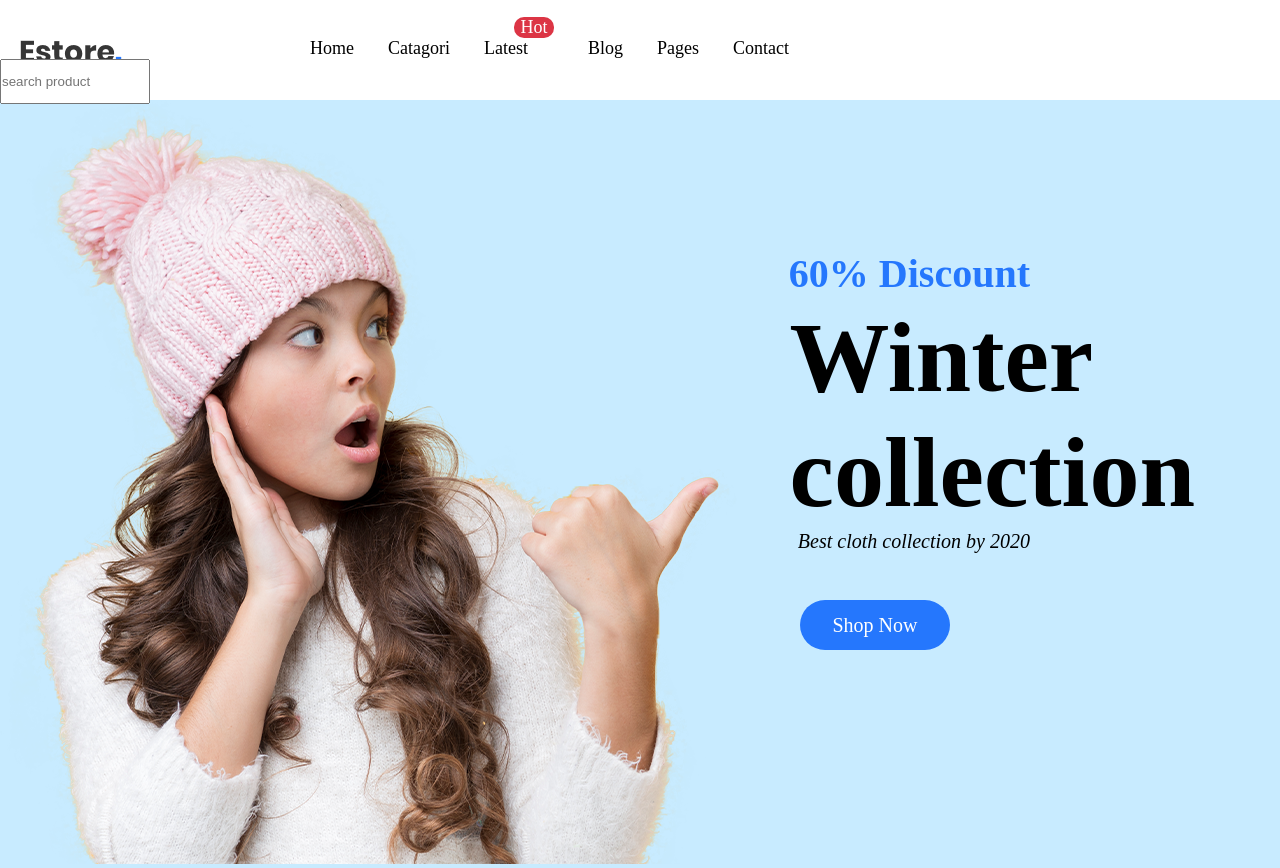
Repository: nhutduy0803/template1
Page: index.html
An editor plug-in stored every save of this project. The page is shown before and after the next save, followed by the edit.
The browser window is 1280 px wide. The pictures show the whole page.

Above is the page before, as saved 2021-12-02 21:50:27.

### index.html
<!DOCTYPE html>
<html lang="en">
  <head>
    <meta charset="UTF-8" />
    <meta http-equiv="X-UA-Compatible" content="IE=edge" />
    <meta name="viewport" content="width=device-width, initial-scale=1.0" />
    <title>TEMPLATE</title>
    <link rel="stylesheet" href="./assets/css/style.css" />
    <link
      rel="stylesheet"
      href="./assets/css/font/fontawesome-free-5.15.4-web/css/all.min.css"
    />
  </head>
  <body>
    <script src="./index.js"></script>
    <div class="header">
      <img class="logo" src="./assets/css/img/logo.webp" alt="" />
      <ul>
        <li>Home</li>
        <li>Catagori</li>
        <li>
          <p>Hot</p>
          Latest
          <ul class="sub-nav">
            <span>Produce list</span>
            <span>Produce Detail</span>
          </ul>
        </li>
        <li>
          Blog
          <ul class="sub-nav2">
            <span>Blog</span>
            <span>Blog Details</span>
          </ul>
        </li>
        <li>
          Pages
          <ul class="sub-nav3">
            <span>Login</span>
            <span>Card</span>
            <span>Element</span>
            <span>About</span>
            <span>Confirtmation</span>
            <span>Shopping Card</span>
            <span>Produce checkout</span>
          </ul>
        </li>
        <li>Contact</li>
      </ul>
      <div class="search">
        <input type="text" placeholder="search product" />
      </div>
    </div>
    <div class="slide">
      <h3>60% Discount</h3>
      <h2>
        Winter<br />
        collection
      </h2>
      <p>Best cloth collection by 2020</p>
      <div class="shop-now">Shop Now</div>
      <img src="./assets/css/img/slider.webp" alt="" />
    </div>
  </body>
</html>

### assets/css/style.css
* {
  margin: 0;
  padding: 0;
  box-sizing: border-box;
}

html {
  scroll-behavior: smooth;
}

.header {
  width: 100%;
  height: 100px;
  background-color: #fff;
}

.slide {
  width: 100%;
  height: 100%;
  background: #c8ebff;
}

.slide h3 {
  position: absolute;
  right: 250px;
  top: 250px;
  font-family: "Yellowtail", "cursive";
  color: #2577fd;
  font-size: 40px;
}

.slide h2 {
  position: absolute;
  right: 85px;
  top: 300px;
  font-size: 100px;
}

.slide p {
  font-family: "Playfair Display", serif;
  font-style: italic;
  font-size: 20px;
  position: absolute;
  right: 250px;
  top: 530px;
}

.shop-now {
  border-radius: 30px;
  display: flex;
  justify-content: center;
  align-items: center;
  position: absolute;
  right: 330px;
  top: 600px;
  color: #fff;
  font-size: 20px;
  width: 150px;
  height: 50px;
  background: #2577fd;
}

.shop-now::before {
  position: absolute;
  left: 0px;
  top: 0px;
  border-radius: 20px;
  opacity: 0.4;
  content: " ";
  width: 0px;
  height: 50px;
  background: #00b1ff;
  transition: 0.5s;
}

.shop-now:hover::before {
  width: 150px;
  transition: 0.5s;
  border-radius: 20px;
}

.logo {
  margin-left: 20px;
  margin-top: 40px;
  display: inline-block;
}

.header ul {
  margin-top: -50px;
  margin-left: 280px;
}

.header li:nth-child(3) {
  position: relative;
}

.header li:nth-child(4) {
  position: relative;
}

.header li:nth-child(5) {
  position: relative;
}

.header li:nth-child(3) p {
  width: 40px;
  background: #dc3545;
  display: flex;
  justify-content: center;
  align-items: center;
  color: #fff;
  padding: 0 7px;
  margin-left: 30px;
  border-radius: 10px;
  height: auto;
}

.header ul li {
  font-size: 18px;
  margin-left: 30px;
  display: inline-block;
  font-weight: 500;
}
.header ul li:hover {
  transition: 0.3s;
  color: #dc3545;
}

.header {
  z-index: 10;
}

.sub-nav span {
  margin-left: 15px;
  margin-top: 15px;
  display: block;
  color: #000;
}

.sub-nav2 span {
  margin-left: 15px;
  margin-top: 15px;
  display: block;
  color: #000;
}
.sub-nav3 span {
  margin-left: 15px;
  margin-top: 15px;
  display: block;
  color: #000;
}

.sub-nav span:hover {
  color: #dc3545;
}

.sub-nav2 span:hover {
  color: #dc3545;
}

.sub-nav3 span:hover {
  color: #dc3545;
}

.sub-nav {
  border-top: 5px solid #dc3545;
  position: absolute;
  top: 50px;
  left: -300px;
  background: #fff;
  width: 150px;
  height: 100px;
  opacity: 0;
  transition: 0.3s;
}

.sub-nav2 {
  border-top: 5px solid #dc3545;
  position: absolute;
  top: 50px;
  left: -300px;
  background: #fff;
  width: 150px;
  height: 100px;
  opacity: 0;
  transition: 0.3s;
}

.sub-nav3 {
  border-top: 5px solid #dc3545;
  position: absolute;
  top: 50px;
  left: -300px;
  background: #fff;
  width: 180px;
  height: 280px;
  opacity: 0;
  transition: 0.3s;
  z-index: 10;
}

.header li:nth-child(3):hover .sub-nav {
  position: absolute;
  top: 130px;
  transition: 0.3s;
  opacity: 1;
}

.header li:nth-child(4):hover .sub-nav2 {
  position: absolute;
  top: 110px;

  transition: 0.3s;
  opacity: 1;
}

.header li:nth-child(5):hover .sub-nav3 {
  position: absolute;
  top: 110px;

  transition: 0.3s;
  opacity: 1;
}

.search input {
  width: 150px;
  height: 45px;
}

### index.js
function openheader() {
  var openheader = document.querySelector(".sub-nav");
  openheader.classList.toggle("opensubnav");
}

Loaded but not shown: assets/css/font/fontawesome-free-5.15.4-web/css/all.min.css (library)

After the next save:
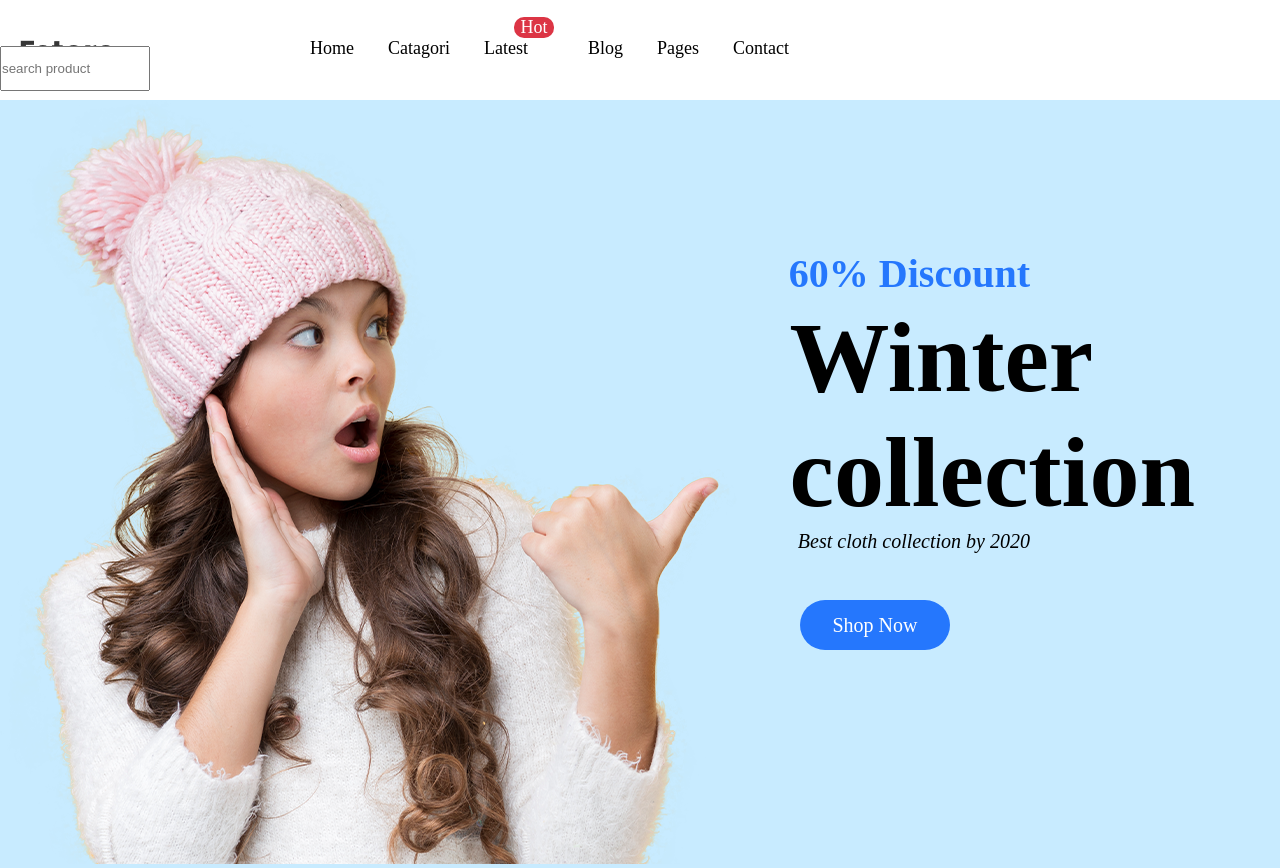
Saved 10 s later.
--- a/assets/css/style.css
+++ b/assets/css/style.css
@@ -224,5 +224,6 @@ html {
 
 .search input {
   width: 150px;
+  margin-top: -30px;
   height: 45px;
 }
